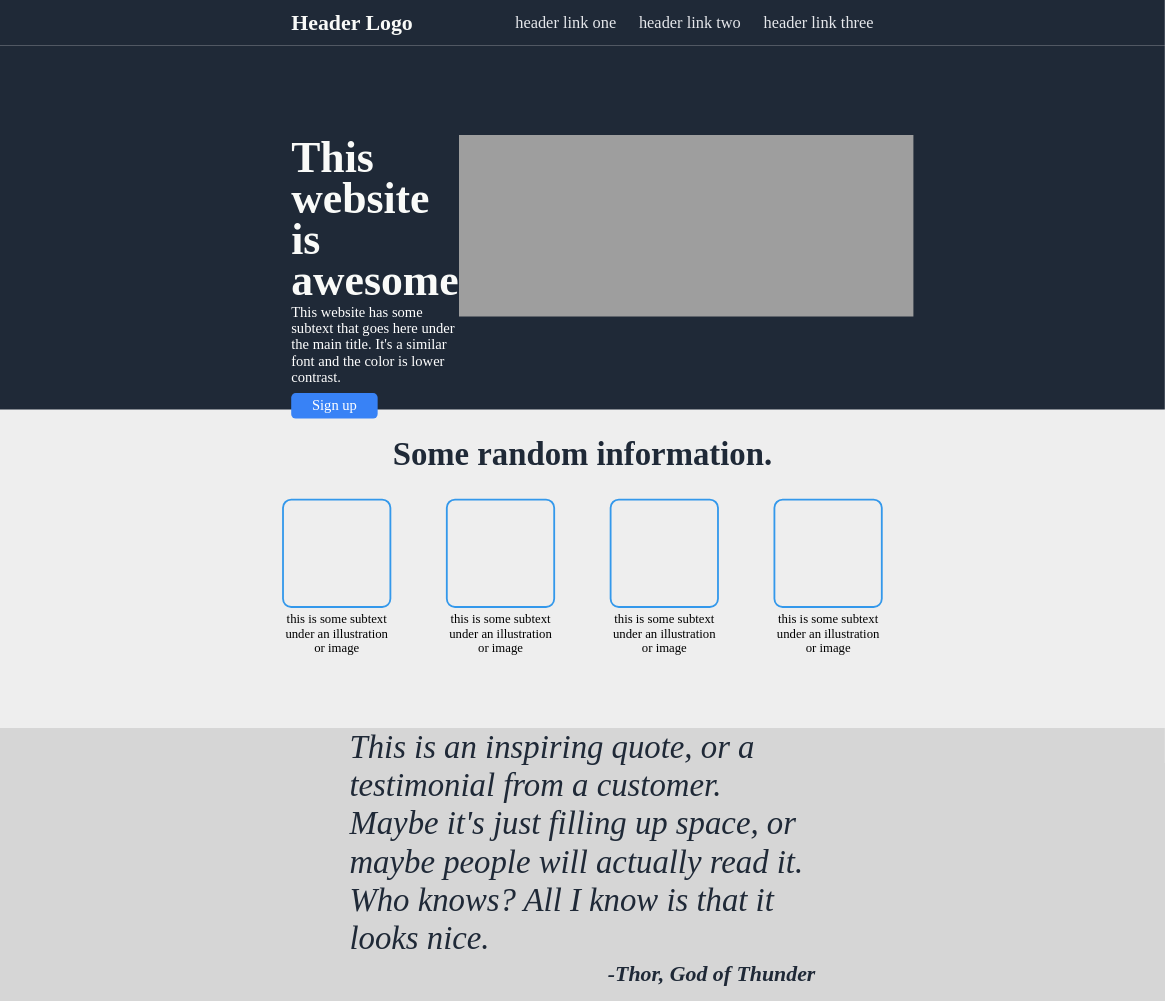
Repository: Pafestivo/Dummy-Landing-Page
Page: index.html
The author's editor kept a copy of each file at every save. The page is drawn from the files as they stood at one save, then again after a run of saves.
The browser window is 1280 px wide. The pictures show the whole page, at 91% of full size.
Pictures or frames that could not be fetched are drawn as grey boxes.

Above is the page before, as saved 2022-09-26 19:22:05.

After the next 2 saves:
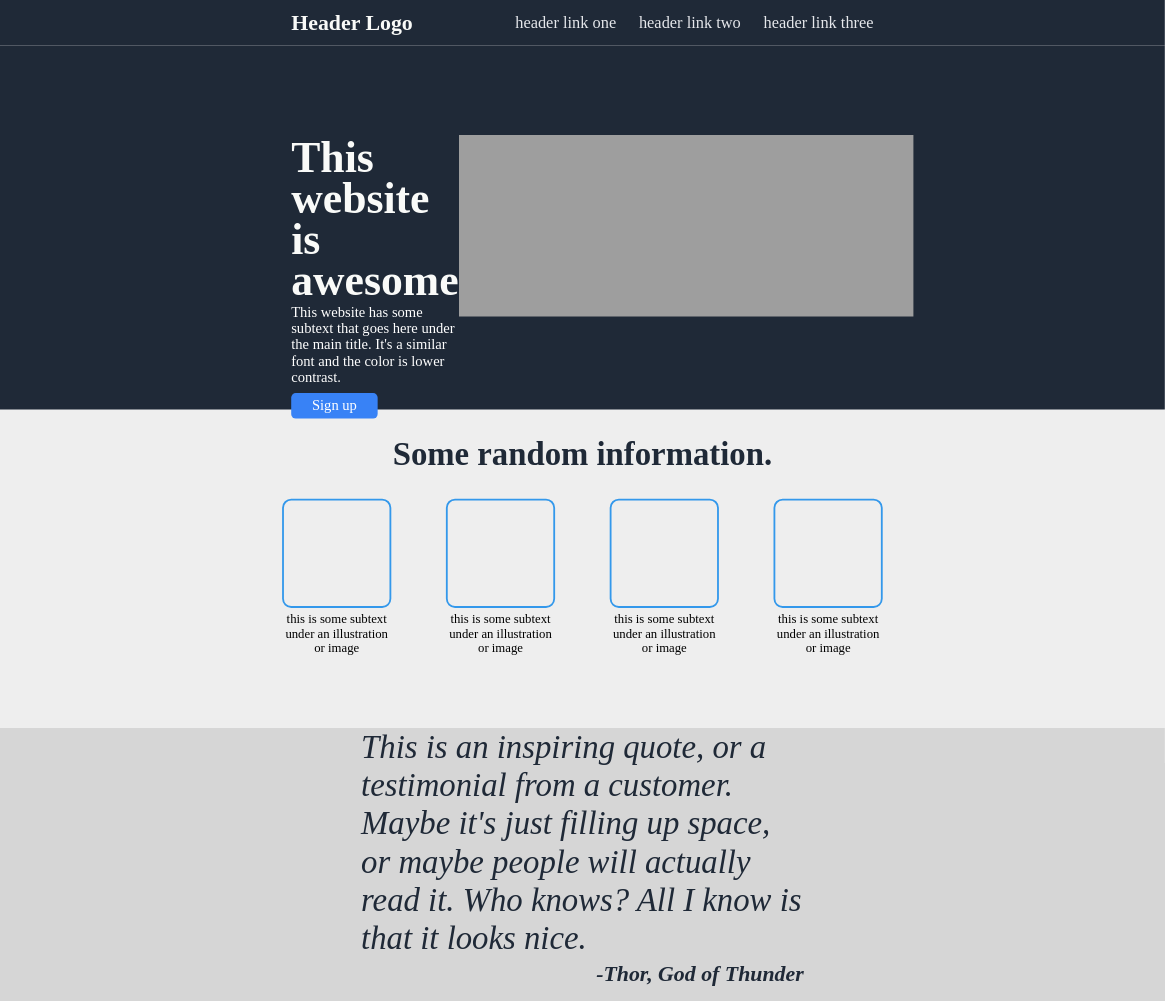
The 2 saves are shown as one change because they came seconds apart.
The last was saved 8 s later.
--- a/styles.css
+++ b/styles.css
@@ -142,7 +142,7 @@ right p {
 
 .third .container {
   display: flex;
-  width: 40%;
+  width: 38%;
   flex-direction: column;
 }
 
